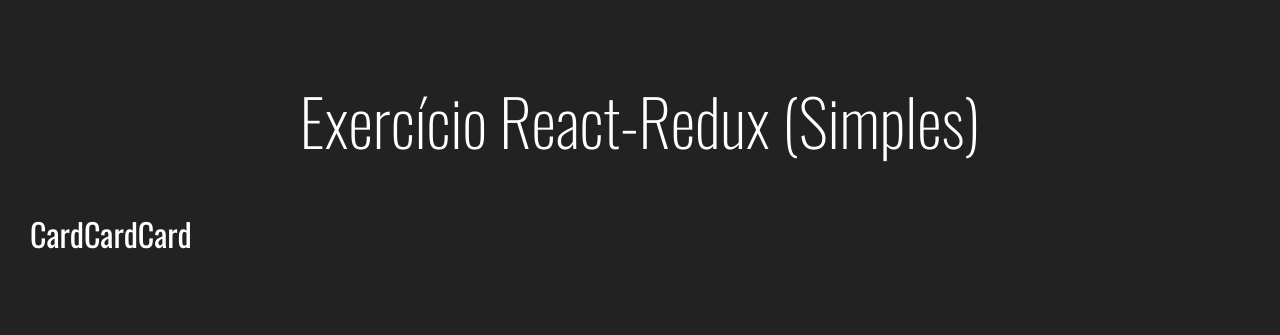
Repository: WellysonP/testando-react-redux
Page: /
An editor plug-in stored every save of this project. The page is shown before and after the next save, followed by the edit.
The browser window is 1280 px wide. The pictures show the whole page.
The project was rebuilt for these pictures with package versions that can differ from the ones it lists, and the page was loaded fresh each time. Also part of the build but not shown: src/components/Card.css.

Above is the page before, as saved 2023-01-12 16:18:00.

### public/index.html
<!DOCTYPE html>
<html lang="en">
  <head>
    <link rel="preconnect" href="https://fonts.googleapis.com">
<link rel="preconnect" href="https://fonts.gstatic.com" crossorigin>
<link href="https://fonts.googleapis.com/css2?family=Oswald:wght@200;300;400;500;600;700&display=swap" rel="stylesheet">
    <meta charset="utf-8" />
    <link rel="icon" href="%PUBLIC_URL%/favicon.ico" />
    <meta name="viewport" content="width=device-width, initial-scale=1" />
    <meta name="theme-color" content="#000000" />
    <meta
      name="description"
      content="Web site created using create-react-app"
    />
    <link rel="apple-touch-icon" href="%PUBLIC_URL%/logo192.png" />
    <!--
      manifest.json provides metadata used when your web app is installed on a
      user's mobile device or desktop. See https://developers.google.com/web/fundamentals/web-app-manifest/
    -->
    <link rel="manifest" href="%PUBLIC_URL%/manifest.json" />
    <!--
      Notice the use of %PUBLIC_URL% in the tags above.
      It will be replaced with the URL of the `public` folder during the build.
      Only files inside the `public` folder can be referenced from the HTML.

      Unlike "/favicon.ico" or "favicon.ico", "%PUBLIC_URL%/favicon.ico" will
      work correctly both with client-side routing and a non-root public URL.
      Learn how to configure a non-root public URL by running `npm run build`.
    -->
    <title>React App</title>
  </head>
  <body>
    <noscript>You need to enable JavaScript to run this app.</noscript>
    <div id="root"></div>
    <!--
      This HTML file is a template.
      If you open it directly in the browser, you will see an empty page.

      You can add webfonts, meta tags, or analytics to this file.
      The build step will place the bundled scripts into the <body> tag.

      To begin the development, run `npm start` or `yarn start`.
      To create a production bundle, use `npm run build` or `yarn build`.
    -->
  </body>
</html>

### src/index.css
body{
  background-color: #222;
  font-size: 2rem;
  font-family: Oswald;
  color: #fff;
  margin: 30px;
}

### src/App.js
import logo from './logo.svg';
import './App.css';
import Card from './components/Card';

function App() {
  return (
    <div className="App">
      <h1>Exercício React-Redux (Simples)</h1>
      <div className='linha'>
      <Card/>
      <Card/>
      <Card/>
      </div>
    </div>
  );
}

export default App;

### src/App.css
.App{
  display: flex;
  flex-direction: column;
  text-align: center;
}

h1{
  font-weight: 200;
}

.linha{
  display: flex;
}

### src/components/Card.jsx
import "./Card.css"

export default props => {
    return (
        <div> Card</div>
    )
}

Loaded but not shown: src/index.js (common file); src/reportWebVitals.js (common file)

After the next save:
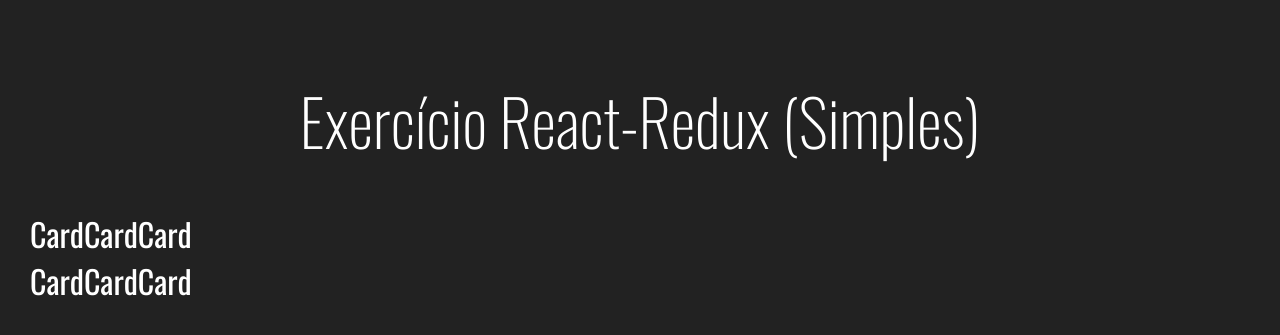
Saved 7 s later.
--- a/src/App.js
+++ b/src/App.js
@@ -11,6 +11,11 @@ function App() {
       <Card/>
       <Card/>
       </div>
+      <div className='linha'>
+      <Card/>
+      <Card/>
+      <Card/>
+      </div>
     </div>
   );
 }
